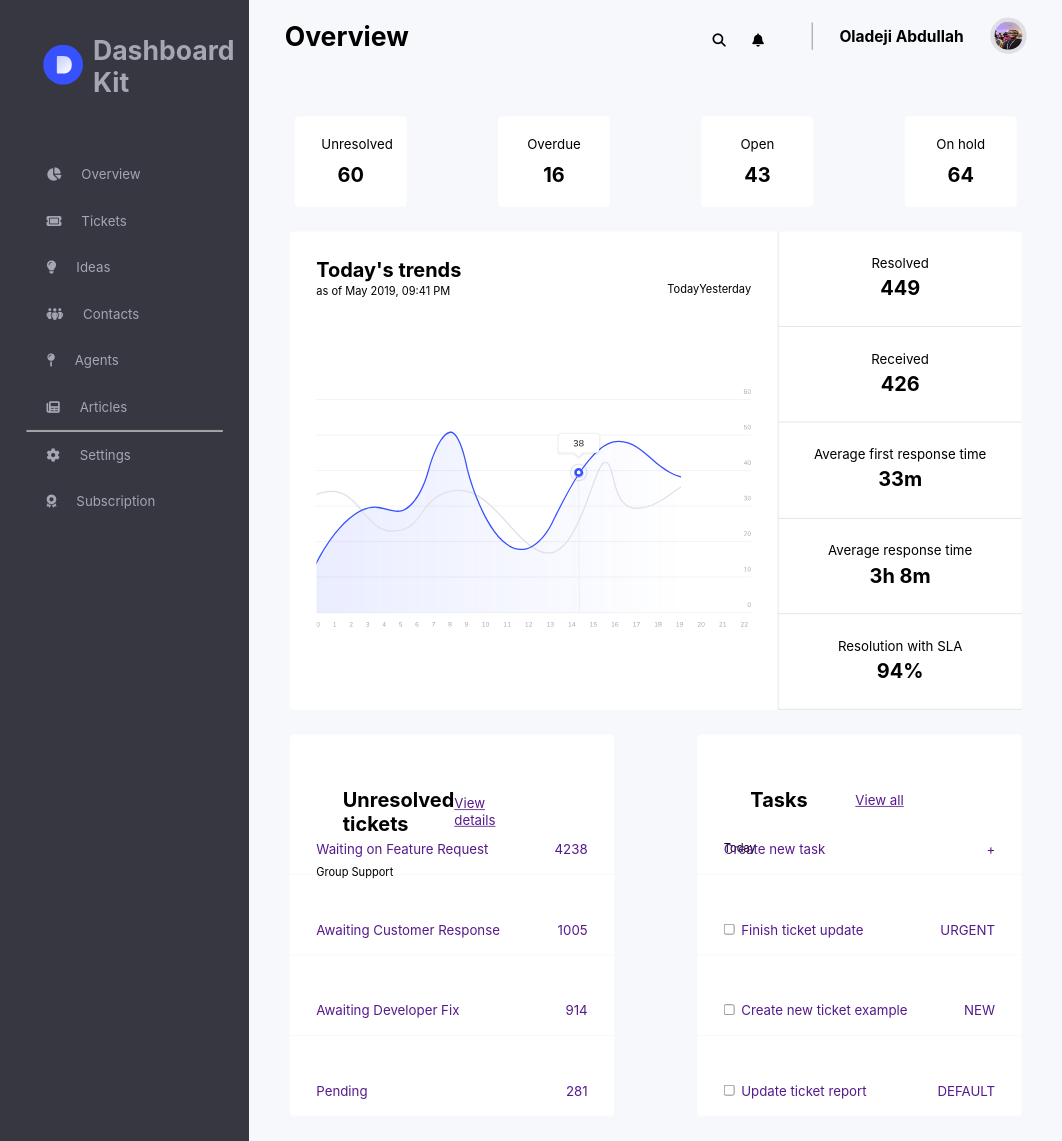
Repository: BuduCE/dashboard
Page: /
An editor plug-in stored every save of this project. The page is shown before and after the next save, followed by the edit.
The browser window is 1280 px wide. The pictures show the whole page, at 83% of full size.
Some web libraries are served in a nearby version. The project was rebuilt for these pictures with package versions that can differ from the ones it lists, and the page was loaded fresh each time. Also part of the build but not shown: src/pages/Tickets/index.jsx.

Above is the page before, as saved 2022-08-05 23:54:51.

After the next save:
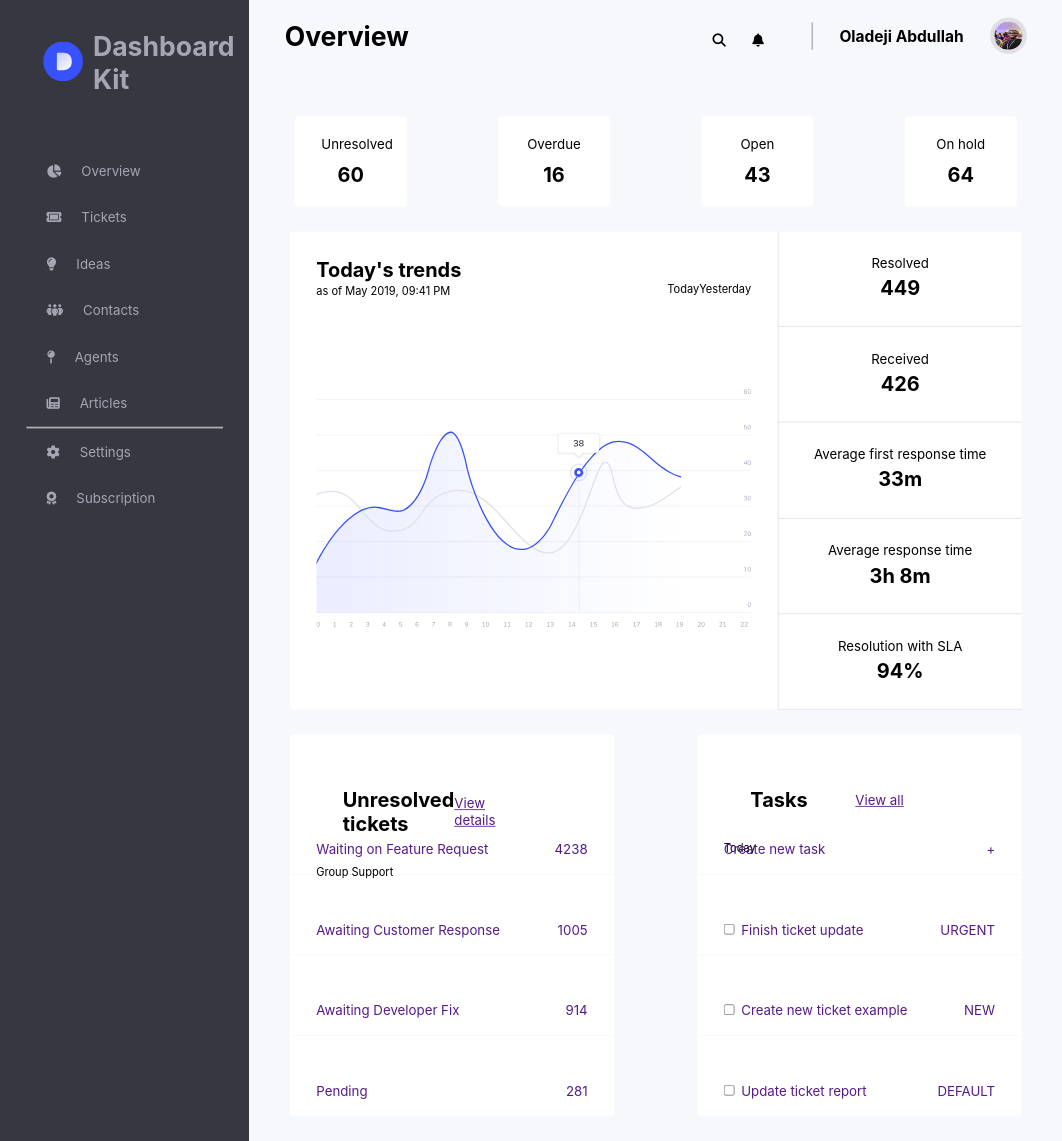
Saved 23 s later.
--- a/src/components/common/SideNav/styles.css
+++ b/src/components/common/SideNav/styles.css
@@ -3,7 +3,7 @@
     grid-template-columns: 1fr 5fr;
 }
 .navbar{
-    padding: 41px 32px;
+    padding: 37px 32px;
     color: #A4A6B3;
 }
 .logo{
